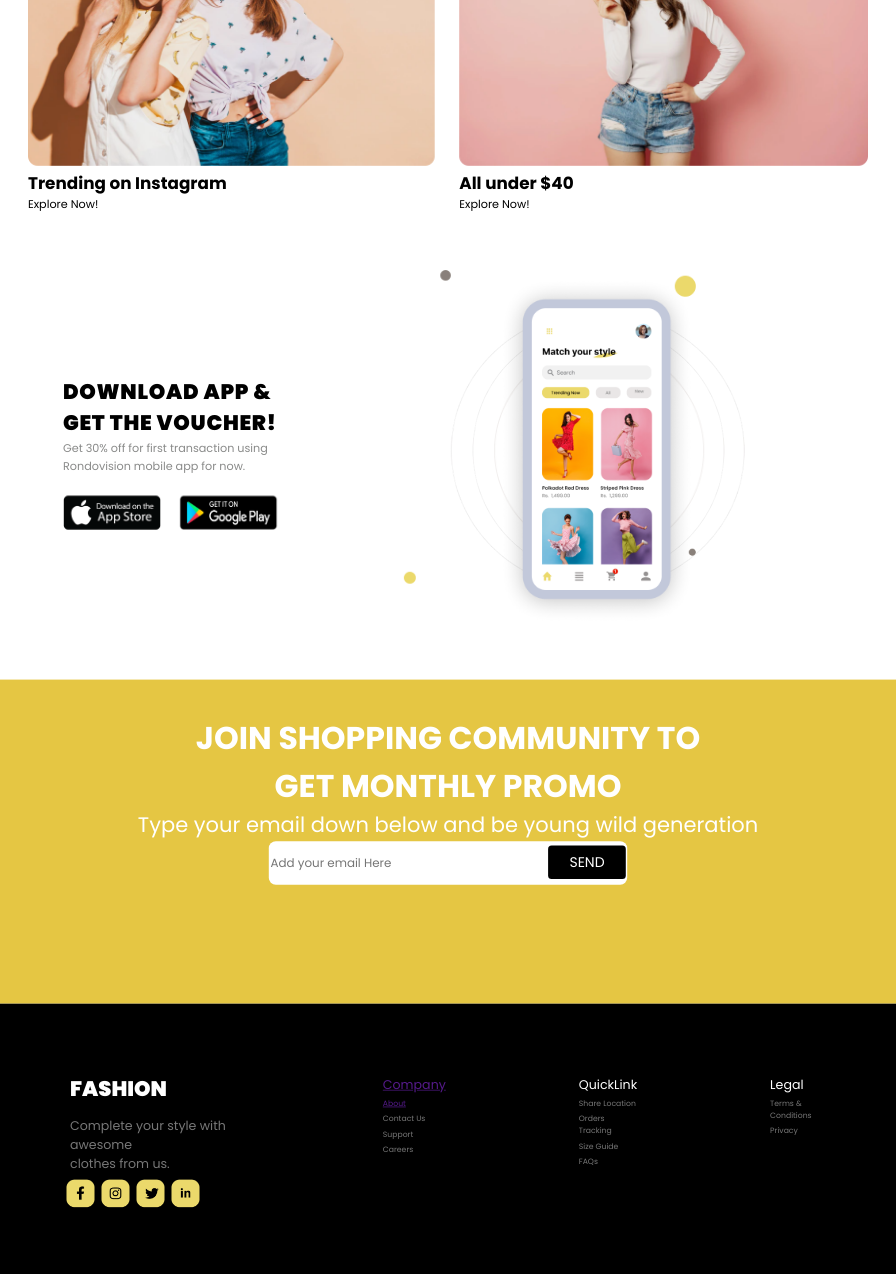
Repository: isaacCodes1/FashionWebsite
Page: index.html
These files come from the project's save history. The page is drawn as it stood at one moment and after a run of saves; the edit follows.
The browser window is 1280 px wide. The pictures show the part of the page from y = 2597 to 4517 px (the page is 4417 px tall before and 4517 px after), at 70% of full size.

Above is the page before, as saved 2024-03-14 11:34:46.

After the next 2 saves:
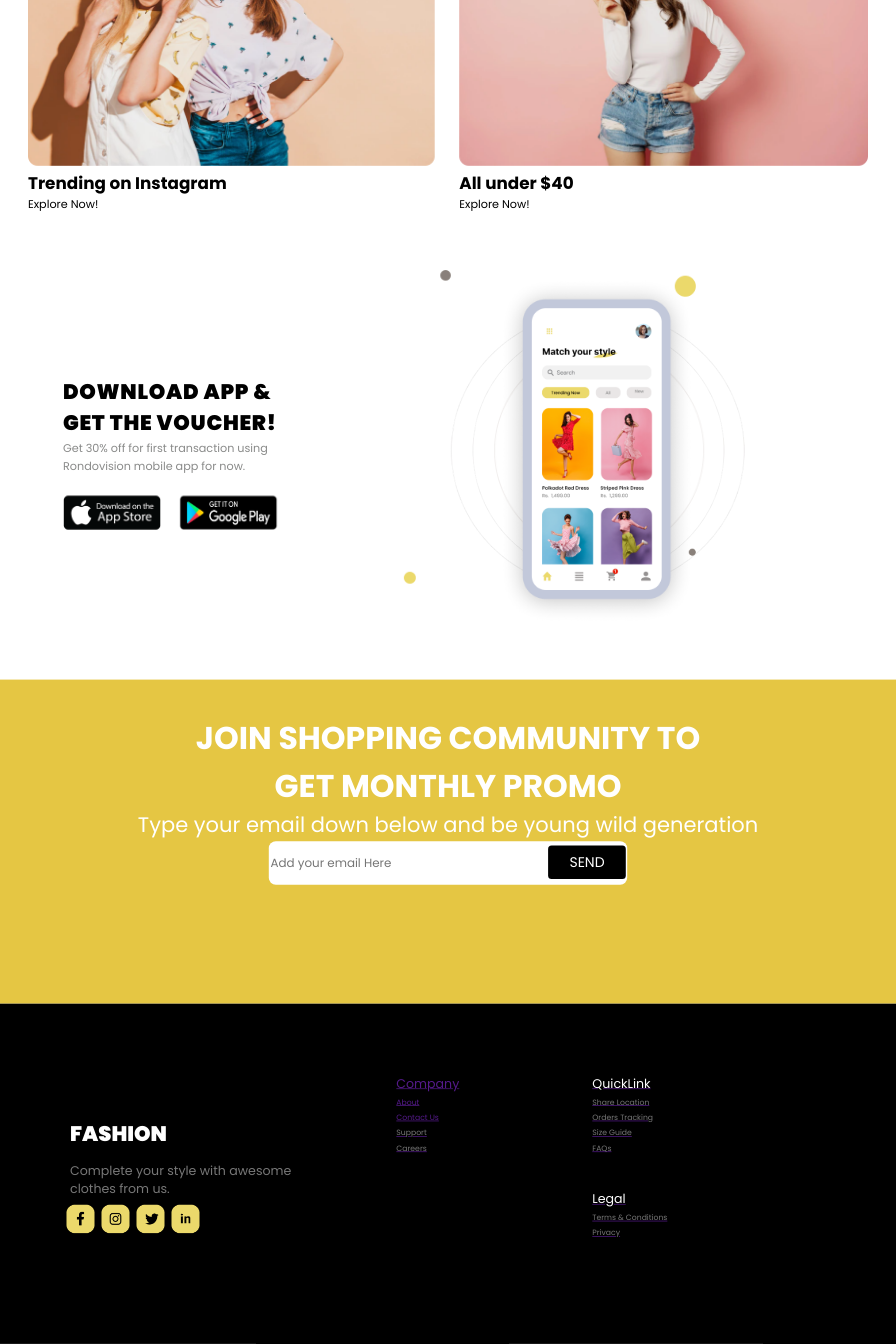
The 2 saves are shown as one change because they came seconds apart.
The last was saved 9 s later.
--- a/index.html
+++ b/index.html
@@ -241,7 +241,7 @@
             <div class="links">
               <div class="links1"><a href="">Company</div></a>
               <div class="links2"><a href="">About</div></a>
-              <div class="links2">Contact Us</div>
+              <div class="links2"><a href="">Contact Us</div>
               <div class="links2">Support</div>
               <div class="links2">Careers</div>
             </div>

After the 2 saves that followed:
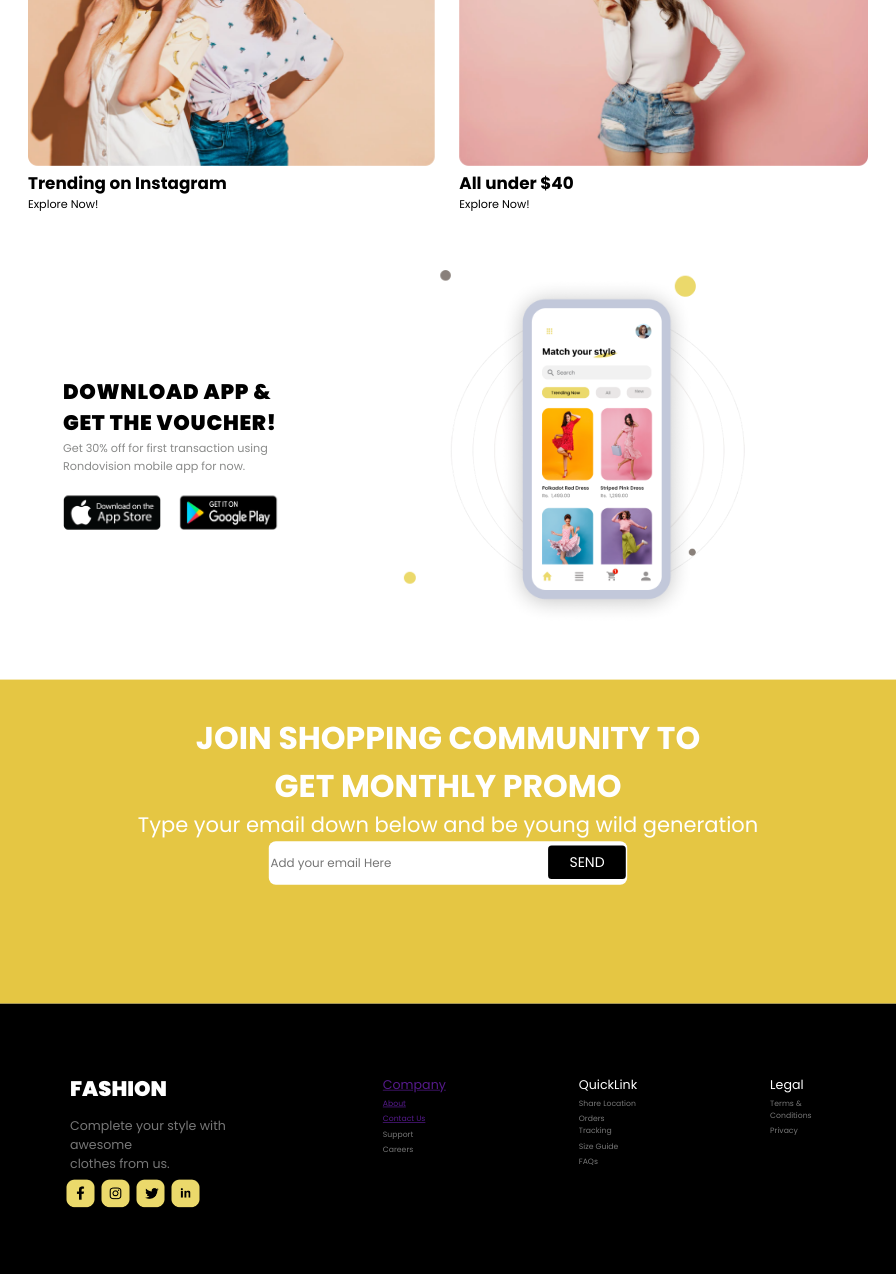
The 2 saves are shown as one change because they came seconds apart.
The last was saved 7 s later.
--- a/index.html
+++ b/index.html
@@ -241,8 +241,8 @@
             <div class="links">
               <div class="links1"><a href="">Company</div></a>
               <div class="links2"><a href="">About</div></a>
-              <div class="links2"><a href="">Contact Us</div>
-              <div class="links2">Support</div>
+              <div class="links2"><a href="">Contact Us</div></a>
+              <div class="links2"><a href=""></a>Support</div>
               <div class="links2">Careers</div>
             </div>
             <div class="links">
